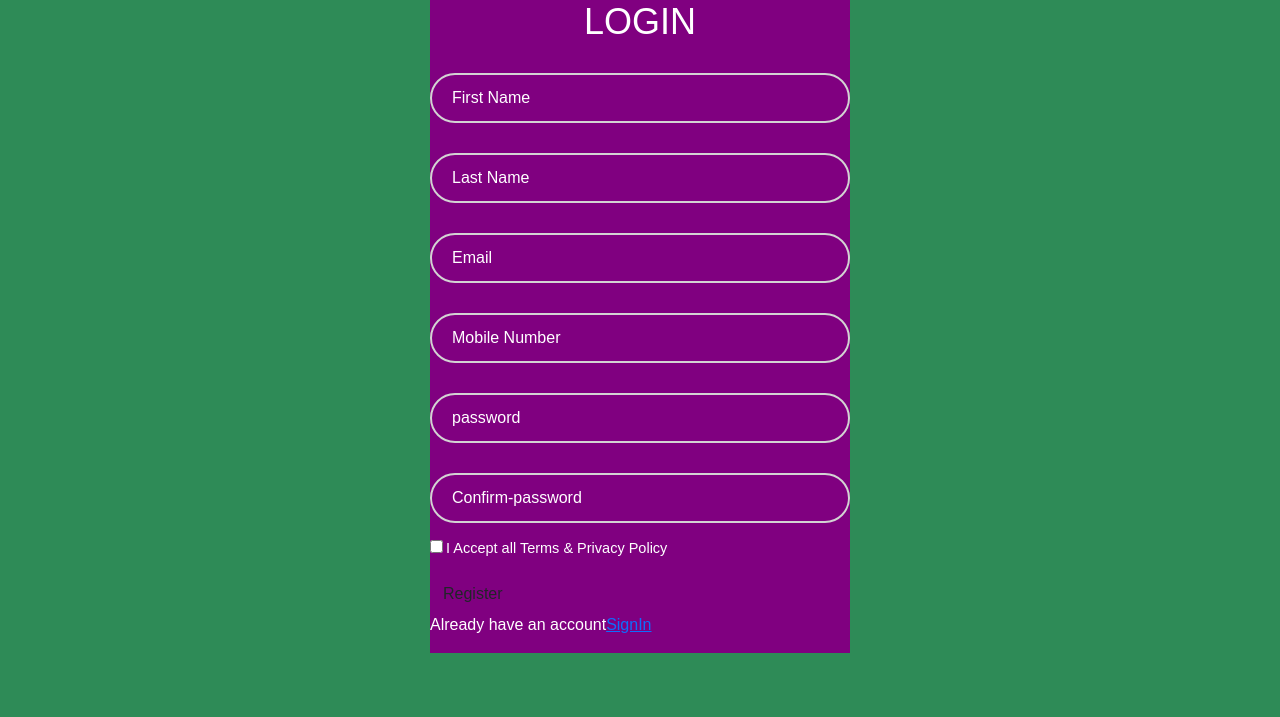
Repository: 05Mohammedismail/xworkz--Advance-Java
Page: Sep11_RegisterationForm/src/main/webapp/Register.html
An editor plug-in stored every save of this project. The page is shown before and after the next save, followed by the edit.
The browser window is 1280 px wide. The pictures show the whole page.

Above is the page before, as saved 2023-09-12 02:31:41.

### Sep11_RegisterationForm/src/main/webapp/Register.html
<!doctype html>
<html lang="en">
  <head>
    <meta charset="utf-8">
    <meta name="viewport" content="width=device-width, initial-scale=1">
    <title>Registration Form</title>
    <link href="https://cdn.jsdelivr.net/npm/bootstrap@5.3.1/dist/css/bootstrap.min.css" rel="stylesheet" integrity="sha384-4bw+/aepP/YC94hEpVNVgiZdgIC5+VKNBQNGCHeKRQN+PtmoHDEXuppvnDJzQIu9" crossorigin="anonymous">
</head>
<style>
 * {
margin: 0;
padding: 0;
box-sizing: border-box;
font-family: "poppins", sans-serif;
}

body {
display: flex;
justify-content: center;
align-items: center;
min-height: 100hv;
background: seagreen;

}

.wrapper{
width: 420px;
background: purple;
color: white;

}

.wrapper h1{
font-size: 36px;
text-align: center;
}

.wrapper .input-box{
width: 100%;
height: 50px;
margin: 30px 0;
}

.input-box input{
width: 100%;
height: 100%;
background: transparent;
border: none;
outline: none;
border: 2px solid lightgray;
border-radius: 40px;
color: white;
font-size: 16px;
padding: 20px 45px 20px 20px;

}



.input-box input::placeholder{
color: white;
}

.wrapper .remember-me{
display: flex;
justify-content: space-between;
font-size: 14.5px;
margin: -15px 0 15px;
}

.remember-me label input{
 color: white;
 margin-right:3px;
}

.remember-me a{
color: white;
text-decoration: none;
}

.remember-me a:hover{
text-decoration: underline;
}

.remember-me

</style>
<body>

<div class="wrapper">
 <form action="">
 	<h1>LOGIN</h1>

 	<div class = "input-box">
 	<input type="text" placeholder="First Name" required="required">
 	</div>

 	<div class = "input-box">
 	<input type="text" placeholder="Last Name" required="required">
 	</div>

 	<div class = "input-box">
 	<input type="email" placeholder="Email" required="required">
 	</div>

 	<div class = "input-box">
 	<input type="number" placeholder="Mobile Number" required="required">
 	</div>

 	<div class = "input-box">
 	<input type="password" placeholder="password" required="required">
 	</div>

 	<div class = "input-box">
 	<input type="password" placeholder="Confirm-password" required="required">
 	</div>

 	<div class="remember-me">
 	<label> <input type="checkbox">I Accept all <a href="#">Terms</a> & <a href="#">Privacy Policy</a> </label>
 	</div>

 	<input type="submit" class="btn" value="Register">


 	<div class="already-have">
 	<p> Already have an account<a href="#">SignIn</a> </p>
 	</div>



 </form>
</div>


<script src="https://cdn.jsdelivr.net/npm/bootstrap@5.3.1/dist/js/bootstrap.bundle.min.js" integrity="sha384-HwwvtgBNo3bZJJLYd8oVXjrBZt8cqVSpeBNS5n7C8IVInixGAoxmnlMuBnhbgrkm" crossorigin="anonymous"></script>
</body>
</html>

After the next save:
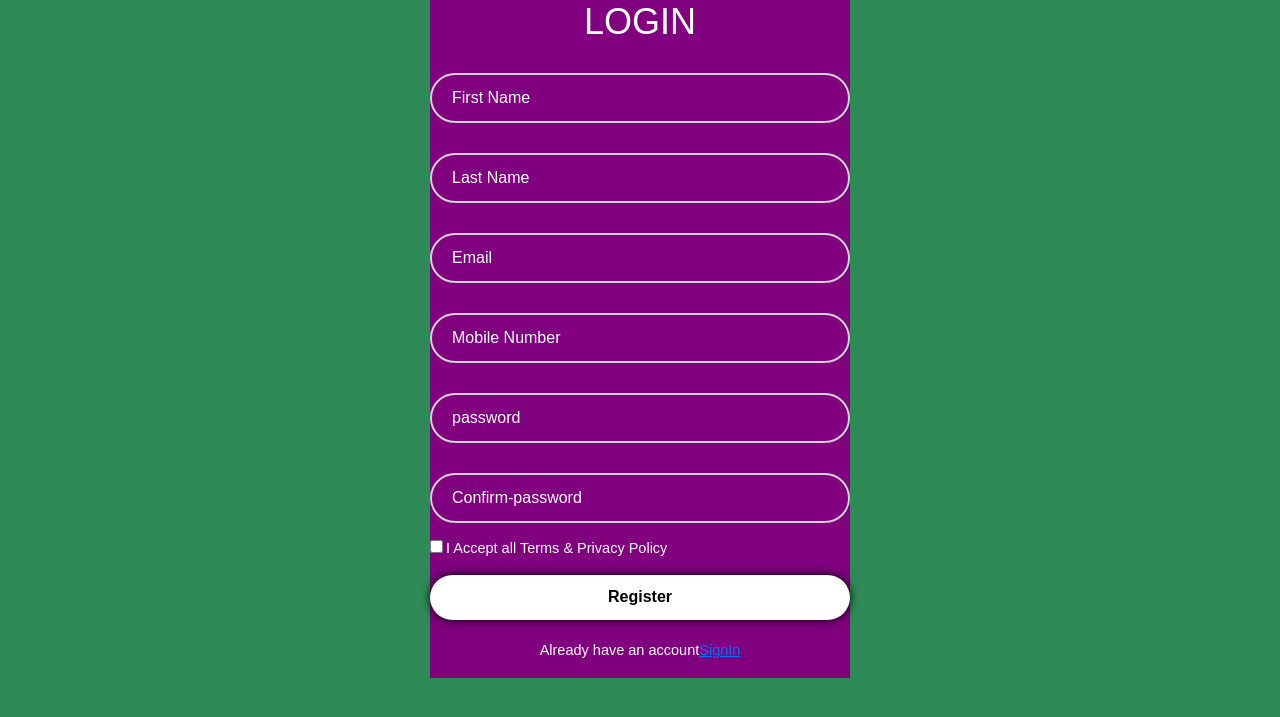
Saved 4 min 23 s later.
--- a/Sep11_RegisterationForm/src/main/webapp/Register.html
+++ b/Sep11_RegisterationForm/src/main/webapp/Register.html
@@ -82,7 +82,25 @@ text-decoration: none;
 text-decoration: underline;
 }
 
-.remember-me
+.wrapper .btn{
+width: 100%;
+height: 45px;
+background: white;
+border: none;
+outline: none;
+border-radius: 40px;
+box-shadow: 0 0 10px black;
+cursor: pointer;
+font-size: 16px;
+color: black;
+font-weight: 600;
+}
+
+.wrapper .already-have{
+font-size: 14.5px;
+text-align: center;
+margin-top: 20px;
+}
 
 </style>
 <body>
